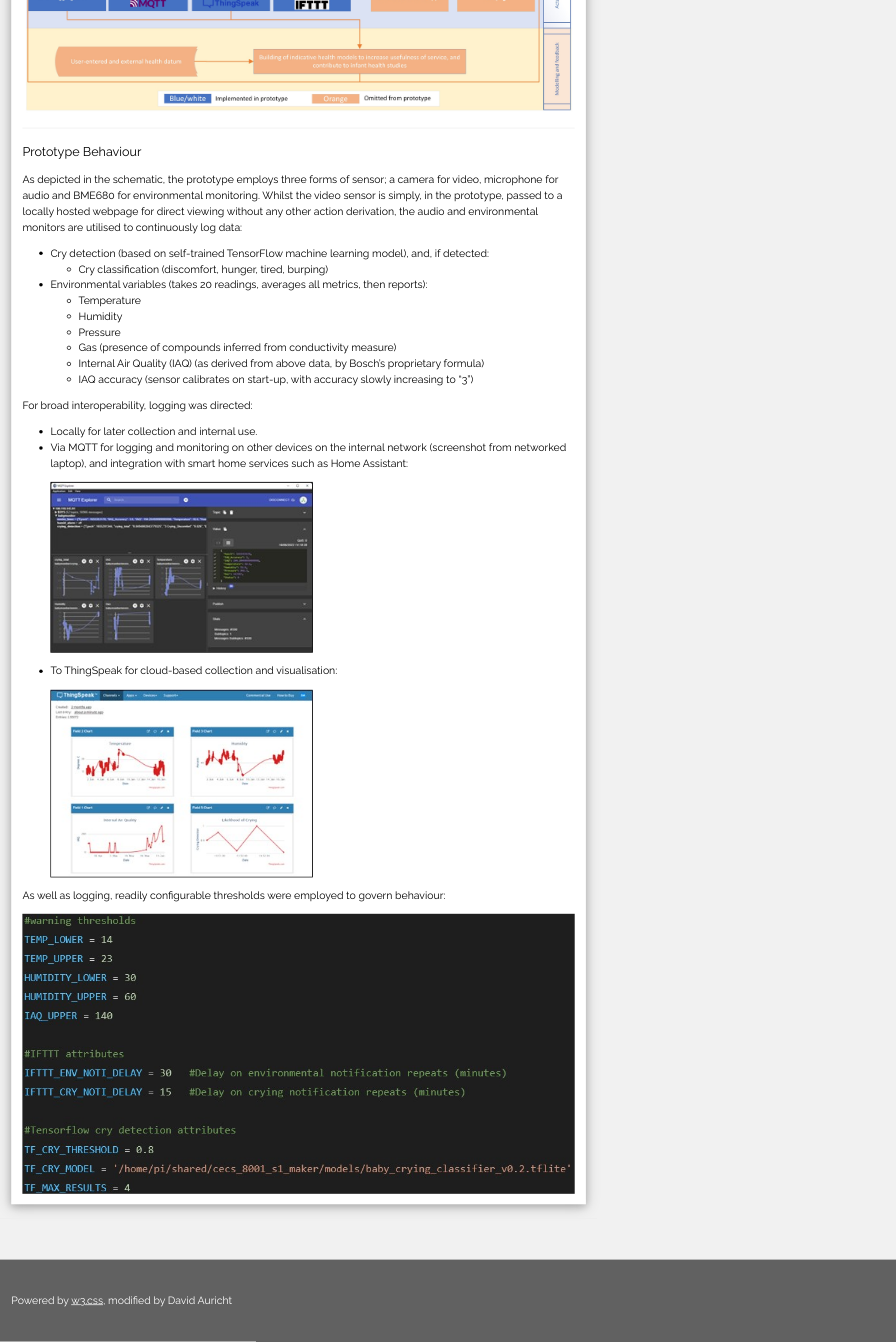
Repository: TodaysSawyer/cecs_8001_journal
Page: CECS_8001_build_journal/maker_project.html
The author's editor kept a copy of each file at every save. The page is drawn from the files as they stood at one save, then again after the next save.
The browser window is 1280 px wide. The pictures show the part of the page from y = 1448 to 3368 px (the page is 3365 px tall before and 4007 px after), at 70% of full size.

Above is the page before, as saved 2022-08-23 10:40:10.

### CECS_8001_build_journal/maker_project.html
<!--Site layout and design credit goes to W3 Schools' "Blog template" from https://www.w3schools.com/w3css/tryw3css_templates_blog.htm-->
<!--Modifications and content by David Auricht-->

<!DOCTYPE html>
<html>
<head>
<title>David Auricht's Cybernetics Build Journal</title>
<meta charset="UTF-8">
<meta name="viewport" content="width=device-width, initial-scale=1">
<link rel="stylesheet" href="https://www.w3schools.com/w3css/4/w3.css">
<link rel="stylesheet" href="https://fonts.googleapis.com/css?family=Raleway">
<style>
body,h1,h2,h3,h4,h5 {font-family: "Raleway", sans-serif}
</style>
</head>
<body class="w3-light-grey">

<!-- w3-content defines a container for fixed size centered content,
and is wrapped around the whole page content, except for the footer in this example -->
<div class="w3-content" style="max-width:1400px">

<!-- Header -->
<header class="w3-container w3-center w3-padding-32">
  <h1><b>Master of Applied Cybernetics - CECS8001 – Build Journey</b></h1>
  <p>David Auricht - U7446851</p>
</header>

<!-- Grid -->
<div class="w3-row">

<!-- Blog entries -->
<div class="w3-col l8 s12">
  <!-- Blog entry -->
  <div class="w3-card-4 w3-margin w3-white">
    <div class="w3-container">
      <h3><b>Maker Project</b></h3>
    </div>

    <div class="w3-container">
      <h6>Covered: Skills 1, 2, 3</h6>
      <p>The Individual Maker Project was a key pressing matter and drew upon, to varying degrees, all three target skills. With a goal of building a “cybernetic” baby monitor, and in order of skills, I would need:</p>
      <ol>
        <li>Coding - writing a large library of bespoke Python, operating on a Raspberry Pi to support key objectives of environmental monitoring, cry detection and classification utilising a machine learning model, data logging and smart notifications, and a real-time video stream.</li>
        <li>Physical “making” - soldering sensors and mounting components.</li>
        <li>Project managing - setting a defined set of goals, working to an iterative model that aims to ensure a functional product at multiple intervals in line with hitting a strict demo-day deadline.</li>
      </ol>
      <p>I found myself barrelling down ever more rabbit holes as I iterated from a simple BME280-based environmental sensor to a fully-featured prototype. To extract from CECS6001 Assessment 2B writings:</p>
      <i>
        <p>In the prototype phase, boundaries of the product will be strictly defined by the creator. In particular, the functions that sit outside these boundaries are:</p>
        <ul>
          <li>Implementation of only a single degree of machine-learning enabled monitoring (audio).</li>
          <li>No dedicated web interface (although camera feed was made available in a simple webform).</li>
          <li>No dedicated applications for direct mobile interfacing.</li>
          <li>No analysis of captured data or cross-referencing with health studies and outcomes.</li>
          <li>No “feedback” of captured data or data analysis into the models and processes.</li>
        </ul>
        <p>Further to this, the physical design of the prototype is limited as a bare Raspberry Pi with USB microphone, wired and bare environmental sensor, and ribbon-connected, unhoused, camera.  The lack of housing, and inability to suitably mount the sensors without utilising twisted wire, is far from marketable or usable in an average household scenario.</p>
      </i>
      <p>Please refer to the following page for a schematic of the Maker Project, covering ultimate goal and prototype implementation, and feel free to review the committed code at <a href="https://gitlab.cecs.anu.edu.au/u7446851/cecs_8001_s1_maker" target="_blank">https://gitlab.cecs.anu.edu.au/u7446851/cecs_8001_s1_maker</a>(please ask me for access as required, as I’m not comfortable with making it public in the present state).</p>
      <p><a href = "maker_schematic.jpg" target = "_blank"><img src="maker_schematic.jpg" alt="Maker project: Overall schematic" style="width:100%" ></a></p>
      <hr>

      <h5>Prototype Behaviour</h5>
      <p>As depicted in the schematic, the prototype employs three forms of sensor; a camera for video, microphone for audio and BME680 for environmental monitoring. Whilst the video sensor is simply, in the prototype, passed to a locally hosted webpage for direct viewing without any other action derivation, the audio and environmental monitors are utilised to continuously log data:</p>
      <ul>
        <li>Cry detection (based on self-trained TensorFlow machine learning model), and, if detected:</li>
        <ul>
          <li>Cry classification (discomfort, hunger, tired, burping)</li>
        </ul>
        <li>Environmental variables (takes 20 readings, averages all metrics, then reports):</li>
        <ul>
          <li>Temperature</li>
          <li>Humidity</li>
          <li>Pressure</li>
          <li>Gas (presence of compounds inferred from conductivity measure)</li>
          <li>Internal Air Quality (IAQ) (as derived from above data, by Bosch’s proprietary formula)</li>
          <li>IAQ accuracy (sensor calibrates on start-up, with accuracy slowly increasing to “3”)</li>
        </ul>
      </ul>
      <p>For broad interoperability, logging was directed:</p>
      <ul>
        <li>Locally for later collection and internal use.</li>
        <li>Via MQTT for logging and monitoring on other devices on the internal network (screenshot from networked laptop), and integration with smart home services such as Home Assistant:</li>
        <p><img src="maker_mqtt.jpg" alt="Maker project: MQTT logging" style="width:50%" class="center"></p>
        <li>To ThingSpeak for cloud-based collection and visualisation:</li>
        <p><img src="maker_ts.jpg" alt="Maker project: ThingSpeak logging" style="width:50%" class="center"></p>
      </ul>
      <p>As well as logging, readily configurable thresholds were employed to govern behaviour:</p>
      <p><img src="maker_config.jpg" alt="Maker project: Configuration" style="width:100%" class="center"></p>


    </div>
  </div>
  <hr>
<!-- END BLOG ENTRIES -->
</div>

<!-- Sidebar -->
<div class="w3-col l4">
  <!-- About Card -->
  <div class="w3-card w3-margin w3-margin-top">
  <img src="home_dave_profile.jpg" style="width:100%">
    <div class="w3-container w3-white">
      <h4><b>Dave</b></h4>
      <p>"Recovering Professional Cynic"</p>
      <p>With a background in software testing, and management thereof, I come to the programme loking to hone broader interests in modern and emerging technologies and the benefits I hope they can provide to society.</p>
    </div>
  </div><hr>

  <!-- Posts -->
  <div class="w3-card w3-margin">
    <div class="w3-container w3-padding">
      <h4>Entries</h4>
    </div>
    <ul class="w3-ul w3-hoverable w3-white">
      <li>
         <a href="index.html" target="_self">
         <img src="sidebar_intro_icon.jpg" alt="Image" class="w3-left w3-margin-right" style="width:50px">
         <span class="w3-large">Intro</span><br>
         <span>An introduction to myself and my journal.</span>
         </a>
      </li>
      <li>
        <a href="skills.html" target="_self">
        <img src="skills_balloon.jpg" alt="Image" class="w3-left w3-margin-right" style="width:50px">
        <span class="w3-large">Skills</span><br>
        <span>An overview of "build" skills to be developed</span>
        </a>
     </li>
    </ul>
  </div>
  <hr>

<!-- END Sidebar -->
</div>

<!-- END GRID -->
</div><br>

<!-- END w3-content -->
</div>

<!-- Footer -->
<footer class="w3-container w3-dark-grey w3-padding-32 w3-margin-top">
  <p>Powered by <a href="https://www.w3schools.com/w3css/default.asp" target="_blank">w3.css</a>, modified by David Auricht</p>
</footer>

</body>
</html>

After the next save:
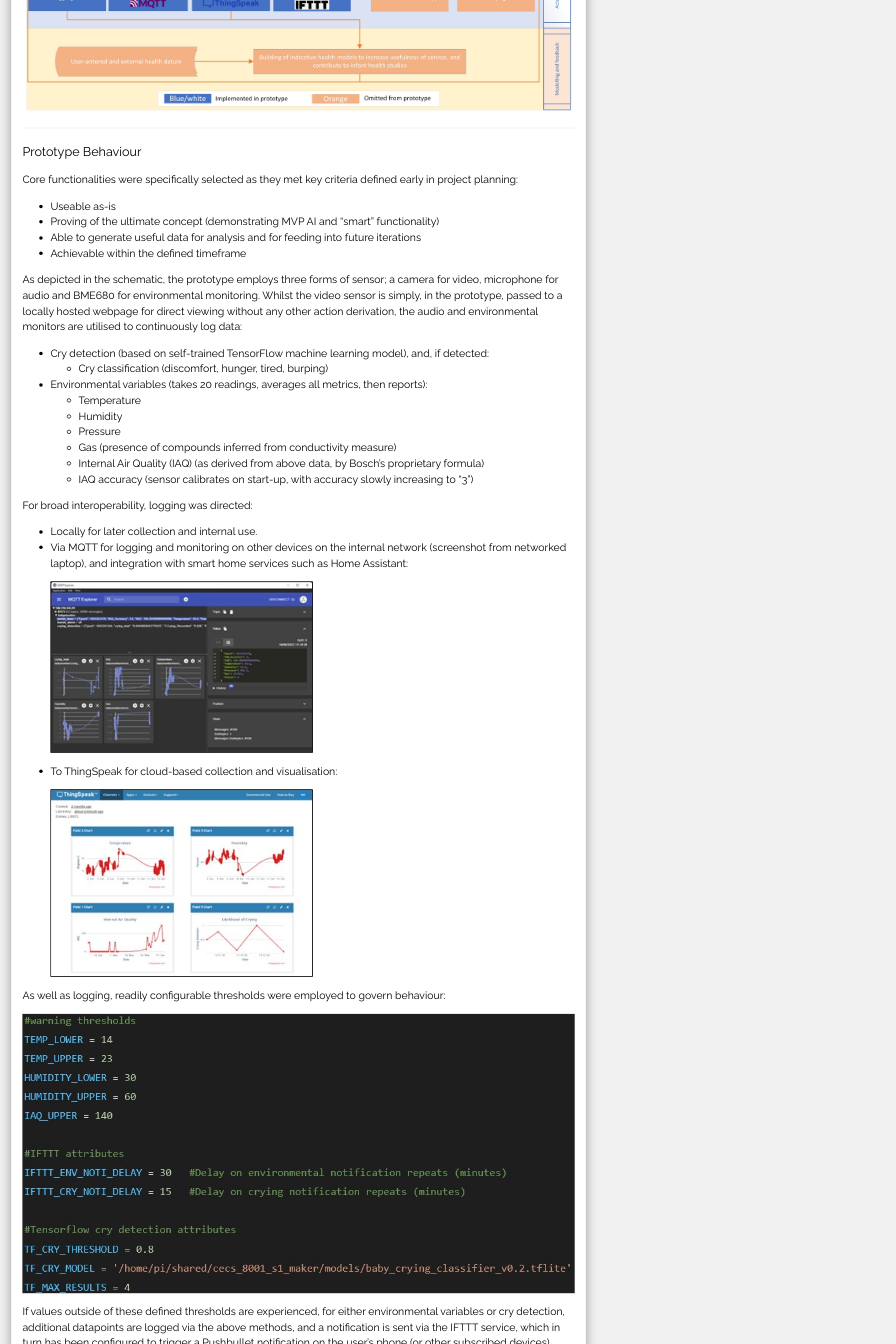
Saved 5 min 40 s later.
--- a/CECS_8001_build_journal/maker_project.html
+++ b/CECS_8001_build_journal/maker_project.html
@@ -61,6 +61,13 @@
       <hr>
 
       <h5>Prototype Behaviour</h5>
+      <p>Core functionalities were specifically selected as they met key criteria defined early in project planning:</p>
+      <ul>
+        <li>Useable as-is</li>
+        <li>Proving of the ultimate concept (demonstrating MVP AI and “smart” functionality)</li>
+        <li>Able to generate useful data for analysis and for feeding into future iterations</li>
+        <li>Achievable within the defined timeframe</li>
+      </ul>
       <p>As depicted in the schematic, the prototype employs three forms of sensor; a camera for video, microphone for audio and BME680 for environmental monitoring. Whilst the video sensor is simply, in the prototype, passed to a locally hosted webpage for direct viewing without any other action derivation, the audio and environmental monitors are utilised to continuously log data:</p>
       <ul>
         <li>Cry detection (based on self-trained TensorFlow machine learning model), and, if detected:</li>
@@ -87,7 +94,20 @@
       </ul>
       <p>As well as logging, readily configurable thresholds were employed to govern behaviour:</p>
       <p><img src="maker_config.jpg" alt="Maker project: Configuration" style="width:100%" class="center"></p>
+      <p>If values outside of these defined thresholds are experienced, for either environmental variables or cry detection, additional datapoints are logged via the above methods, and a notification is sent via the IFTTT service, which in turn has been configured to trigger a Pushbullet notification on the user’s phone (or other subscribed devices) informing of a warning.</p>
+      <p>Configurable notification delays were also incorporated into the prototype product, allowing a time delay after each notification after which another notification of the same warning would not be sent.</p>
+      <hr>
 
+      <h5>Learnings</h5>
+      <h6>Coding</h6>
+      <p>A lot could be written about the specific coding problems faced and overcome during this work; however, the key learnings really boil down to:</p>
+      <ul>
+        <li>Map out a pseudo-code-based structure in advance and break it into individually solvable chunks.</li>
+        <li>Identify where problems, or related problems, may have been solved in the past and sift through these solutions not just for direct answers/tutorials, but for a bigger-picture understanding of potential areas for improvement, for example:</li>
+        <ul>
+          <li>Seeking the best way to incorporate the BME680 led to a pivot from direct reading to incorporating and altering of a library that used Bosch proprietary air-quality derivation:  <a href="https://github.com/alexh-name/bsec_bme680_linux" target="_blank">https://github.com/alexh-name/bsec_bme680_linux/</a></li>
+        </ul>
+      </ul>
 
     </div>
   </div>
